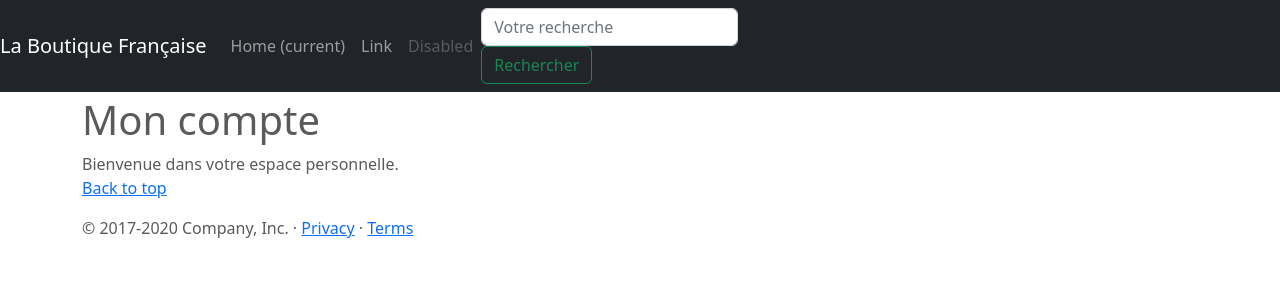
Repository: Coulibaly00180/laboutiquefrancaise
Page: templates/account/index.html.twig
These files come from the project's save history. The page is drawn as it stood at one moment and after the next save; the edit follows.
The browser window is 1280 px wide. The pictures show the whole page.
The page is a Twig template of a Symfony application; nobody is signed in and links lead nowhere. The template is opened directly, without the code that normally fills it, so the values that code supplies are empty.

Above is the page before, as saved 2023-03-02 10:42:36.

After the next save:
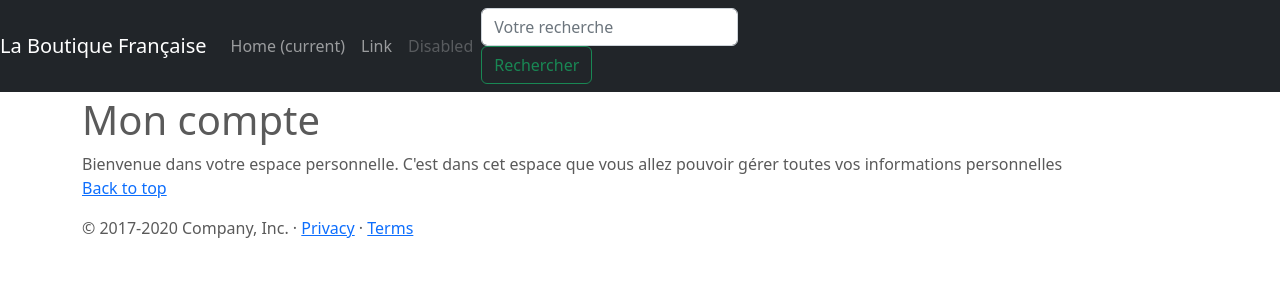
Saved 57 s later.
--- a/templates/account/index.html.twig
+++ b/templates/account/index.html.twig
@@ -5,5 +5,5 @@
 {% block content %}
     <h1>Mon compte</h1>
     Bienvenue {{ app.user.firstName}} dans votre espace personnelle.
-
+    C'est dans cet espace que vous allez pouvoir gérer toutes vos informations personnelles
 {% endblock %}
